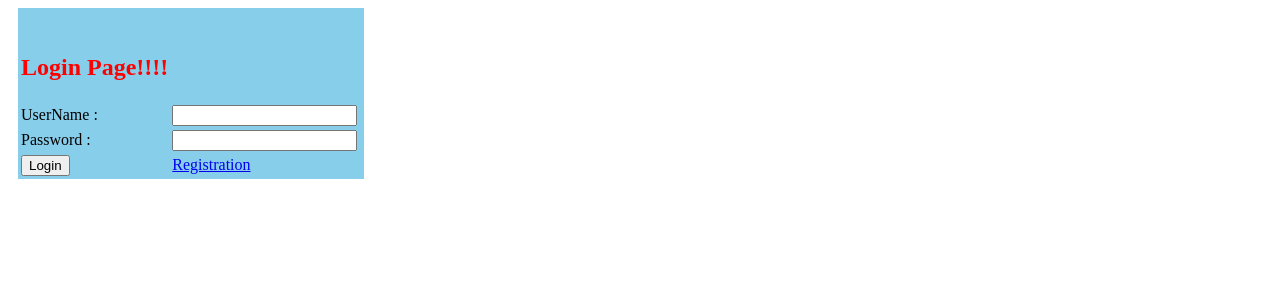
Repository: Ritesh1194/FellowshipApp
Page: http://localhost/MyLoginRegistrationProject/login.jsp
An editor plug-in stored every save of this project. The page is shown before and after the next save, followed by the edit.
The browser window is 1280 px wide. The pictures show the whole page.
The page is served by Tomcat 9. Nobody is signed in. The application's start-up code is not run. Other server files are loaded and not shown.

Above is the page before, as saved 2019-12-27 10:04:36.

### MyLoginRegistrationProject/WebContent/login.jsp
<%@ page language="java" contentType="text/html; charset=UTF-8"
	pageEncoding="UTF-8"%>
<!DOCTYPE html PUBLIC "-//W3C//DTD HTML 4.01 Transitional//EN" "http://www.w3.org/TR/html4/loose.dtd">
<html>
<head>
<meta http-equiv="Content-Type" content="text/html; charset=UTF-8">
<title>Login Page</title>
</head>
<body>
	<form action="LoginRegister" method="post">
		<table
			style="background-color: skyblue; margin-right: 10px; margin-left: 10px;">
			<tr>
				<td><h3 style="color: red;">${message}</h3>
					<h3 style="color: green;">${successMessage}</h3></td>
			</tr>
			<tr>
				<td><h2 style="color: red">Login Page!!!!</h2></td>
			</tr>
			<tr>
				<td>UserName :</td>
				<td><input type="text" name="username"></td>
			</tr>
			<tr>
				<td>Password :</td>
				<td><input type="password" name="password1"></td>
			</tr>
			<tr>
				<td><input type="submit" name="submit" value="Login"></td>
				<td><a href="register.jsp">Registration </a></td>
				<td></td>
			</tr>
		</table>
	</form>
</body>
</html>

After the next save:
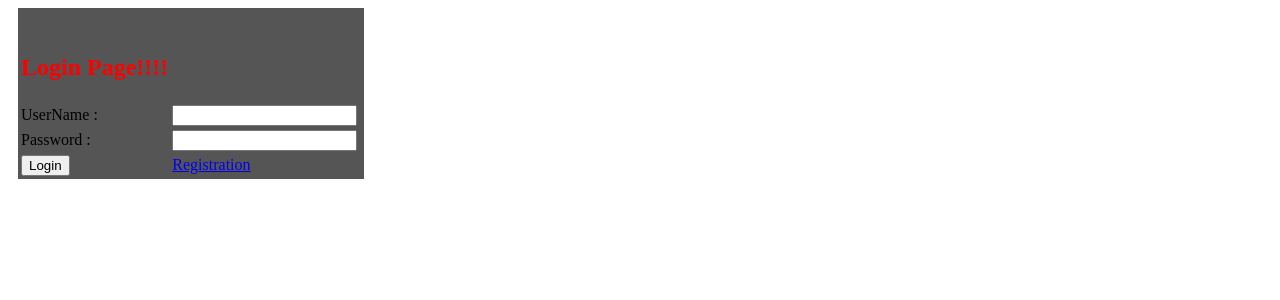
Saved 86 s later.
--- a/MyLoginRegistrationProject/WebContent/login.jsp
+++ b/MyLoginRegistrationProject/WebContent/login.jsp
@@ -9,7 +9,7 @@
 <body>
 	<form action="LoginRegister" method="post">
 		<table
-			style="background-color: skyblue; margin-right: 10px; margin-left: 10px;">
+			style="background-color: #555555; margin-right: 10px; margin-left: 10px;">
 			<tr>
 				<td><h3 style="color: red;">${message}</h3>
 					<h3 style="color: green;">${successMessage}</h3></td>
